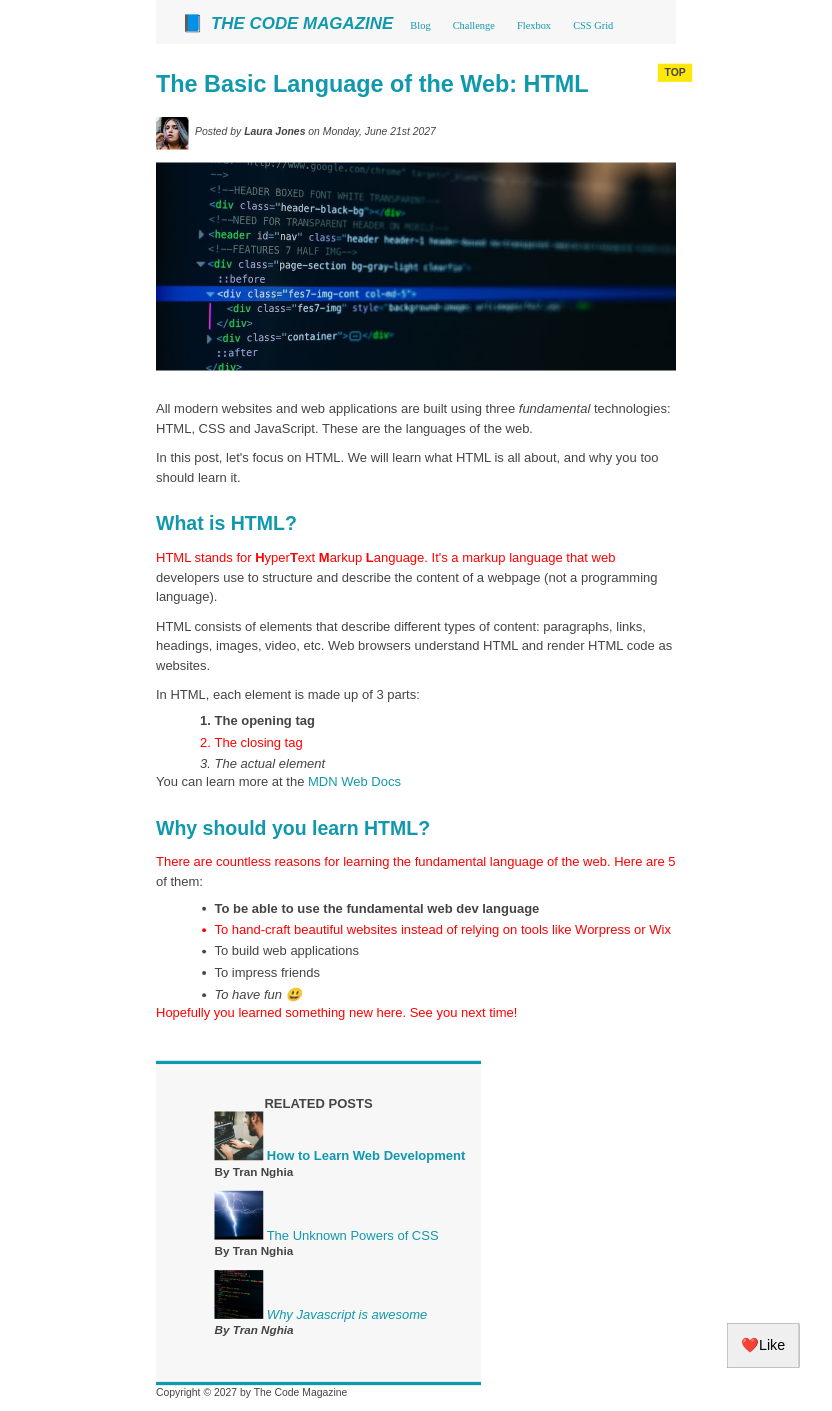
Repository: nghiakma/HTML-CSS-Fundamental
Page: HTML/index.html
The author's editor kept a copy of each file at every save. The page is drawn from the files as they stood at one save, then again after the next save.
The browser window is 1280 px wide. The pictures show the whole page, at 65% of full size.

Above is the page before, as saved 2023-08-22 15:27:30.

After the next save:
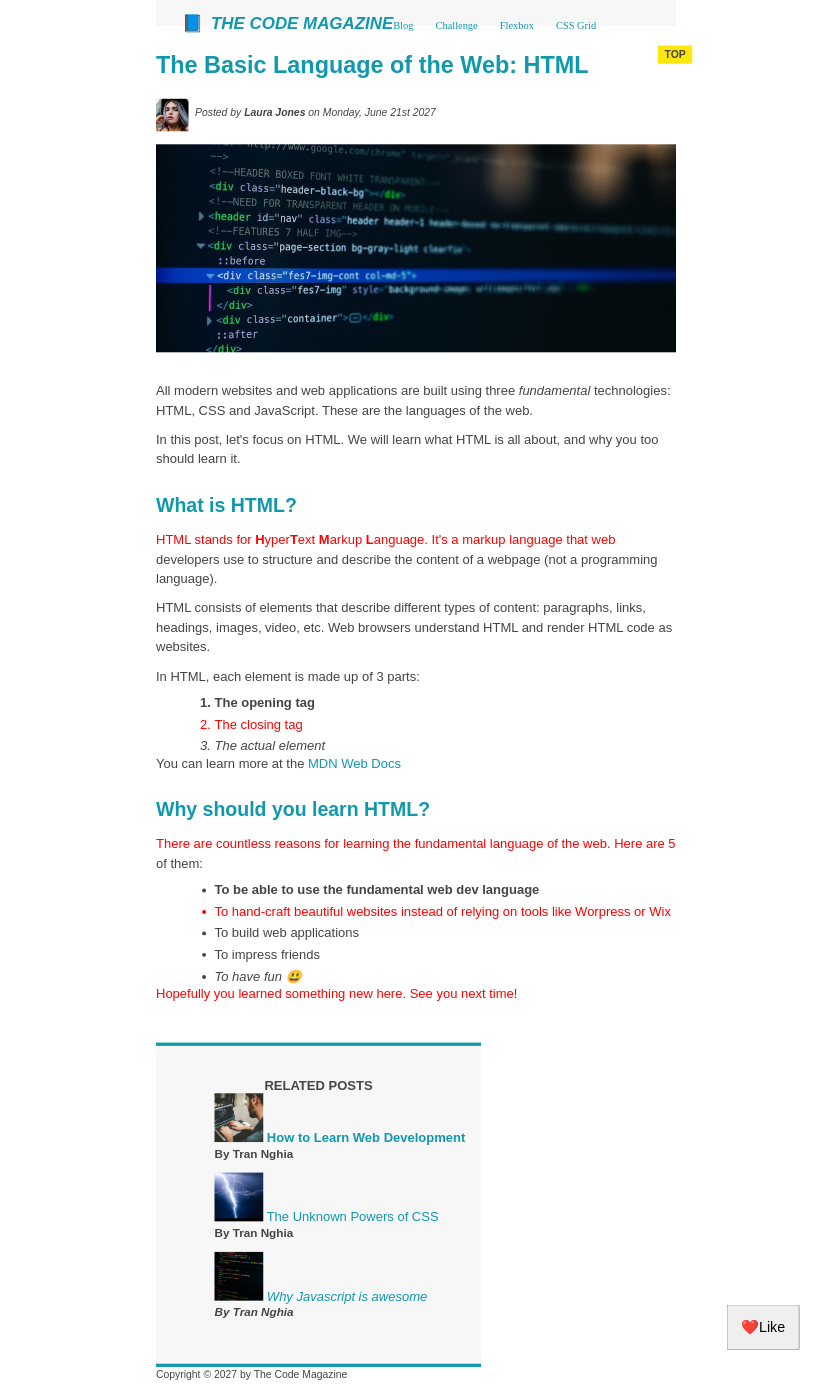
Saved 29 s later.
--- a/CSS/layout.css
+++ b/CSS/layout.css
@@ -10,3 +10,6 @@
 h1 {
   float: left;
 }
+nav {
+  float: left;
+}

After the save that followed:
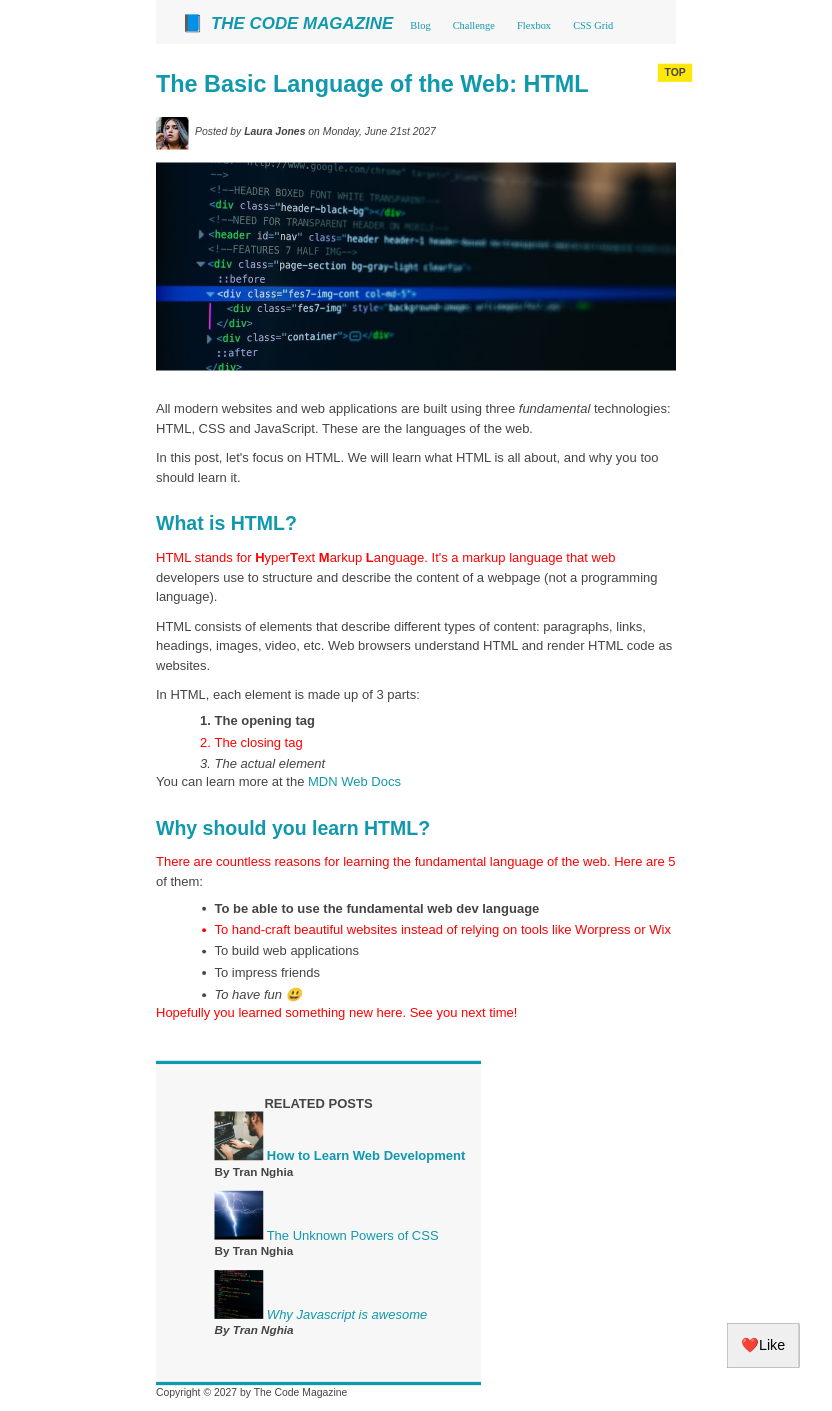
Saved 26 s later.
--- a/CSS/layout.css
+++ b/CSS/layout.css
@@ -10,6 +10,3 @@
 h1 {
   float: left;
 }
-nav {
-  float: left;
-}
